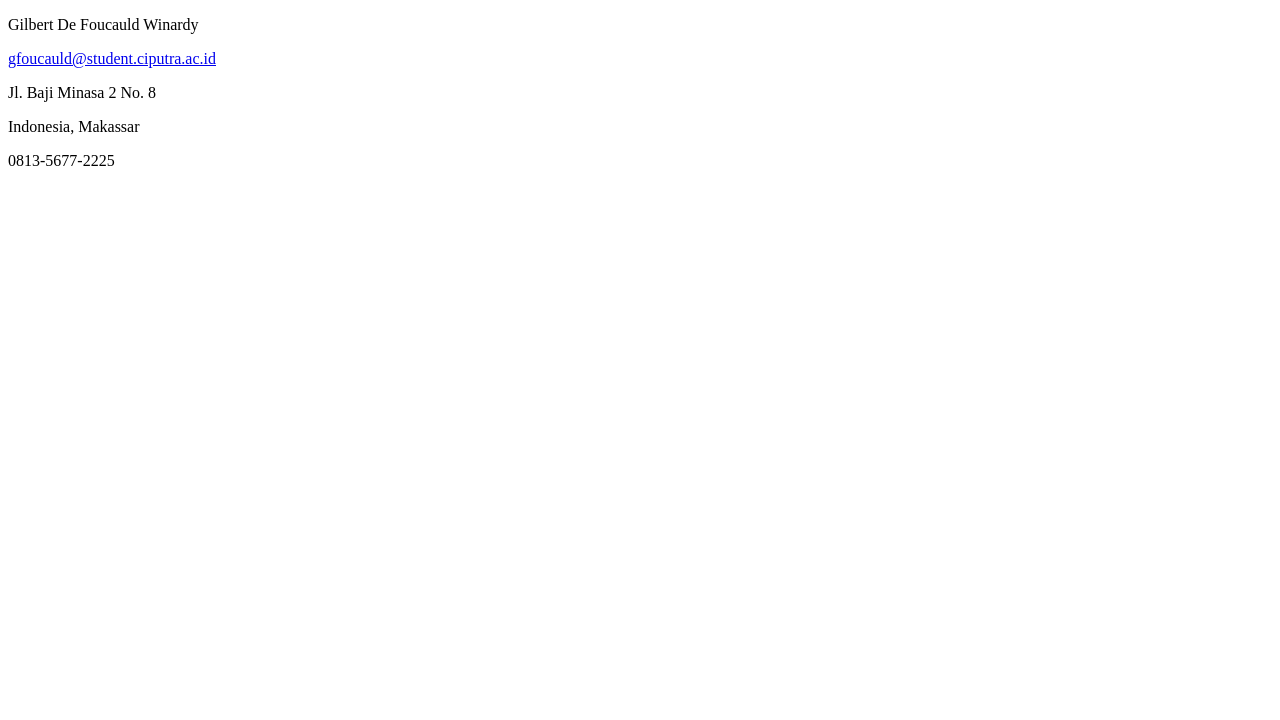
Repository: Gibekkk/WebPro
Page: Tugas Lab 1/index.html
The author's editor kept a copy of each file at every save. The page is drawn from the files as they stood at one save, then again after the next save.
The browser window is 1280 px wide. The pictures show the whole page.

Above is the page before, as saved 2024-03-25 12:13:02.

### Tugas Lab 1/index.html
<!DOCTYPE html>
<html lang="en">
<head>
    <meta charset="UTF-8">
    <meta name="viewport" content="width=device-width, initial-scale=1.0">
    <title>Portfolio</title>
    <link rel="style.css">
</head>
<body>
    <header>
        <div class="title">
            <p class="name">Gilbert De Foucauld Winardy</p>
            <a href="gfoucauld@student.ciputra.ac.id">gfoucauld@student.ciputra.ac.id</a>
            <p>Jl. Baji Minasa 2 No. 8</p>
            <p>Indonesia, Makassar</p>
            <p>0813-5677-2225</p>
        </div>
        <div class="picture">
            <img>
        </div>
    </header>
</body>
</html>

After the next save:
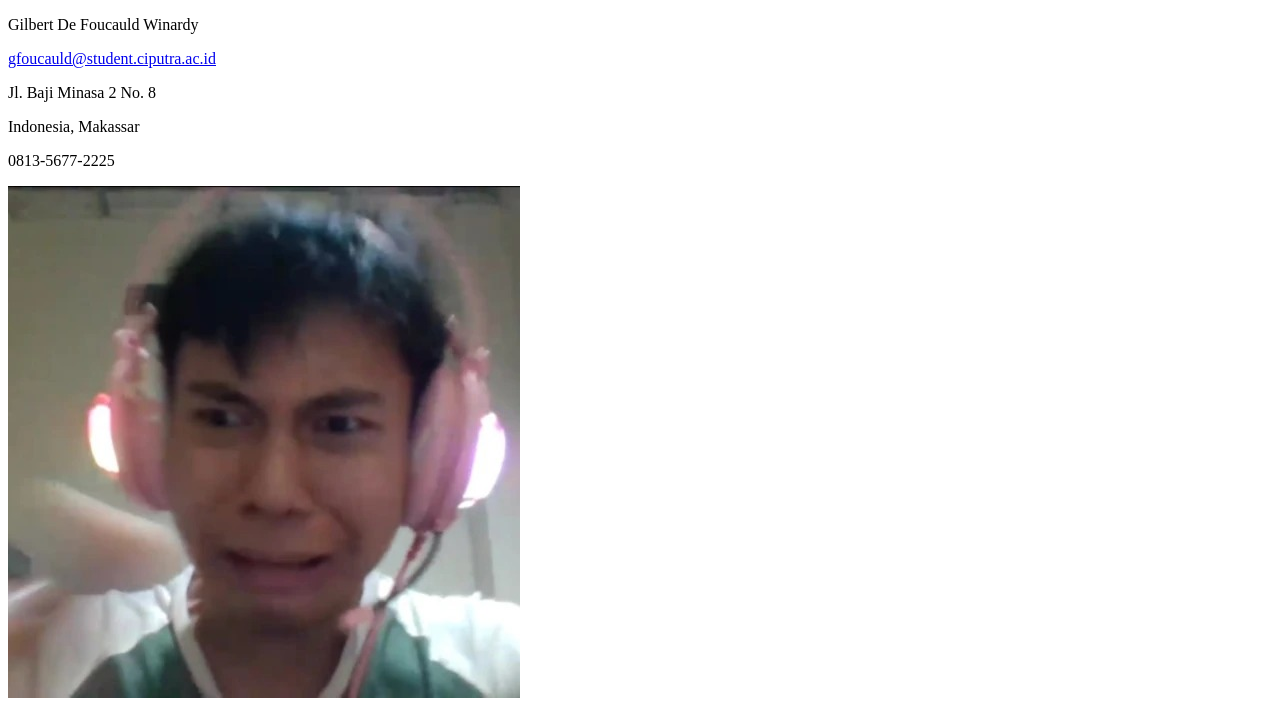
Saved 17 s later.
--- a/Tugas Lab 1/index.html
+++ b/Tugas Lab 1/index.html
@@ -16,7 +16,7 @@
             <p>0813-5677-2225</p>
         </div>
         <div class="picture">
-            <img>
+            <img src="javin.jpg">
         </div>
     </header>
 </body>

After the 3 saves that followed:
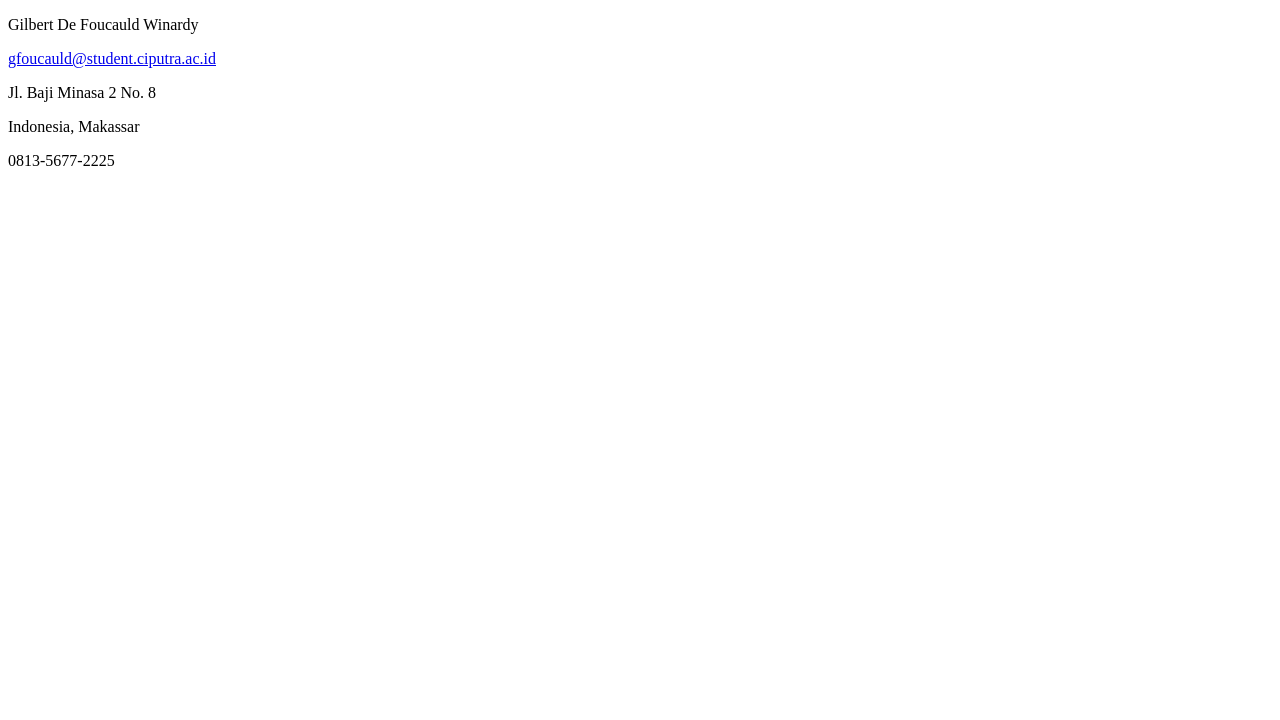
The 3 saves are shown as one change because they came seconds apart.
The last was saved 10 s later.
--- a/Tugas Lab 1/index.html
+++ b/Tugas Lab 1/index.html
@@ -16,7 +16,7 @@
             <p>0813-5677-2225</p>
         </div>
         <div class="picture">
-            <img src="javin.jpg">
+            <img class="src="javin.jpg">
         </div>
     </header>
 </body>
